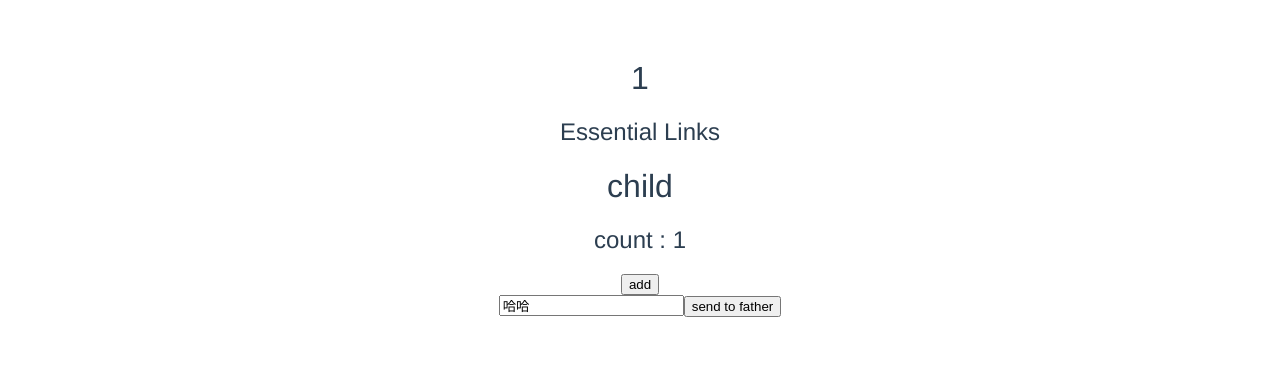
Repository: NotTooTwo/vueRouter
Page: /
The author's editor kept a copy of each file at every save. The page is drawn from the files as they stood at one save, then again after the next save.
The browser window is 1280 px wide. The pictures show the whole page.
The project was rebuilt for these pictures with package versions that can differ from the ones it lists, and the page was loaded fresh each time.

Above is the page before, as saved 2018-03-13 10:31:36.

### src/components/HelloWorld.vue
<template>
  <div class="hello">
    <h1>{{ childNum }}</h1>
    <h2>Essential Links</h2>
    <!-- 子组件给父组件传参：子组件内(add()函数)$emit触发父组件的预定义的触发函数 -->
    <Child :countNum=1 v-on:childCount="countChildNum"></Child>
  </div>
</template>

<script>
import Child from './child'
export default {
  name: 'HelloWorld',
  data () {
    return {
      msg: 'Welcome to Your Vue.js App',
      childNum:1
    }
  },
methods:{
  countChildNum(num){
      this.childNum = num;
  }
},
components:{
    Child
  }
}
</script>

<!-- Add "scoped" attribute to limit CSS to this component only -->
<style scoped>
h1, h2 {
  font-weight: normal;
}
ul {
  list-style-type: none;
  padding: 0;
}
li {
  display: inline-block;
  margin: 0 10px;
}
a {
  color: #42b983;
}
</style>

### src/components/child.vue
<template>
  <div class="child">
    <h1>child</h1>
    <h2>count : {{count}}</h2>
    <button @click='add'>add</button>
    <div>
      <input type="text" v-model="childVal"><button @click="sendMsg">send to father</button>
    </div>
  </div>
</template>

<script>
export default {
  name: 'child',
  data () {
    return {
      msg: 'Welcome to Your Vue.js App',
      count: 0,
      childVal:'哈哈'
    }
  },
  props:[
    'countNum'
  ],
  created(){
    this.count=this.countNum;
  },
  methods:{
    add(){
      ++this.count;
      this.$emit('childCount',this.count)
    },
    sendMsg(){
      console.log(this.$parent.msg)
      this.$set(this.$parent,'msg',this.childVal)
    }
  }
}
</script>

<!-- Add "scoped" attribute to limit CSS to this component only -->
<style scoped>
h1, h2 {
  font-weight: normal;
}
ul {
  list-style-type: none;
  padding: 0;
}
li {
  display: inline-block;
  margin: 0 10px;
}
a {
  color: #42b983;
}
</style>

Loaded but not shown: index.html (common file); src/main.js (common file); src/App.vue (common file); src/router/index.js (common file)

After the next save:
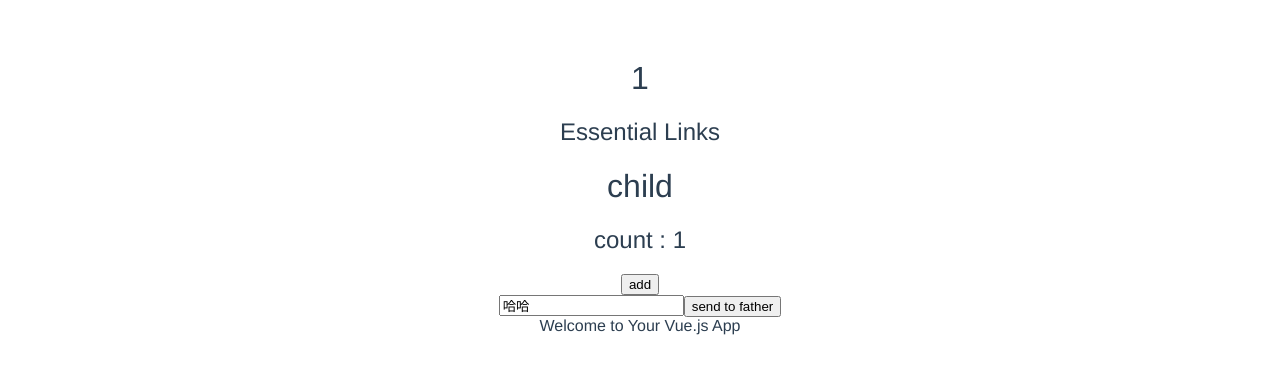
Saved 56 s later.
--- a/src/components/HelloWorld.vue
+++ b/src/components/HelloWorld.vue
@@ -4,6 +4,7 @@
     <h2>Essential Links</h2>
     <!-- 子组件给父组件传参：子组件内(add()函数)$emit触发父组件的预定义的触发函数 -->
     <Child :countNum=1 v-on:childCount="countChildNum"></Child>
+    <div>{{msg}}</div>
   </div>
 </template>
 
